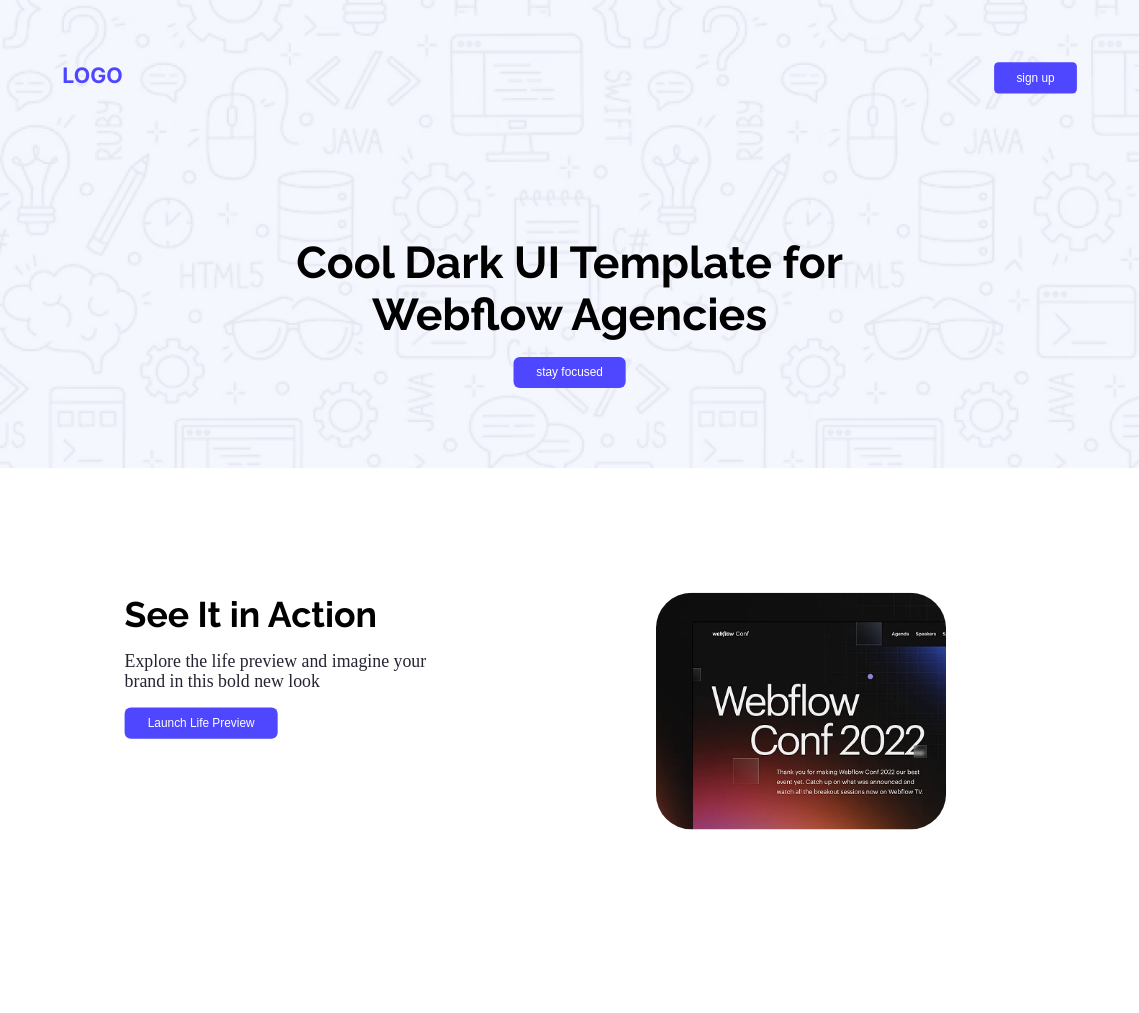
Repository: dollyrakhe22/landing-launchpad
Page: index.html
The author's editor kept a copy of each file at every save. The page is drawn from the files as they stood at one save, then again after the next save.
The browser window is 1280 px wide. The pictures show the whole page, at 89% of full size.

Above is the page before, as saved 2025-07-11 00:41:23.

### index.html
<!DOCTYPE html>
<html lang="en">
<head>
    <meta charset="UTF-8">
    <meta name="viewport" content="width=device-width, initial-scale=1.0">
    <title>Landing Launchpad</title>
    <link rel="preconnect" href="https://fonts.googleapis.com">
    <link rel="preconnect" href="https://fonts.googleapis.com">
<link rel="preconnect" href="https://fonts.gstatic.com" crossorigin>
<link href="https://fonts.googleapis.com/css2?family=Inter:ital,opsz,wght@0,14..32,100..900;1,14..32,100..900&family=Open+Sans:ital,wght@0,300..800;1,300..800&family=Raleway:ital,wght@0,100..900;1,100..900&display=swap" rel="stylesheet">
    <link rel="stylesheet" href="style.css">
   </head>
   <body>
    <header>

        <nav>
         <h2 class="inter-normal">LOGO</h2>
            <a href="#"><button>sign up</button></a>
        </nav>
        <div class="banner-section">
             <h1 class="raleway-normal" >Cool Dark UI Template for <br>Webflow Agencies</h1><br>
            <a href=""><button class="button-container">stay focused</button></a>
        </div>
    </header>
    <main>
           <!--action-container--->
           <div class="section-1">
            <div >
                <h3 class="raleway-normal">See It in Action</h3><br>
                <p >Explore the life preview and imagine your<br>brand in this bold new look</p><br>
                 <a href=""><button class="button-container">Launch Life Preview</button></a>
                 </div>
                <div>
                     <img src="Assets/wc-mini.png" weight="90%"height="80%"
                     alt="" srcset="">
                </div>
            </div>

    </main>
    <footer>

    </footer>
</body>
</html>

### style.css
*{
    padding: 0;
    margin: 0;
}


.inter-normal {
  font-family: "Inter", sans-serif;
  font-optical-sizing: auto;
  font-style: normal;
}
header{
    background-image: url("Assets/Hero-bg.png");


}
/*nav style*/
h2{
    color:#4E47FF;
   font-weight:bolder;


}
nav{
    display: flex;
    justify-content: space-between;
    padding: 70px;
}
nav button{
    text-decoration: none;
    padding: 10px 25px;
    background-color:#4E47FF ;
    color:white;
    border-radius: 5px;
    border: none;


}

.raleway-normal{
  font-family: "Raleway", sans-serif;
  font-optical-sizing: auto;
  font-style: normal;
}
.banner-section{
    text-align: center;
    padding: 90px;
}
.banner-section h1{
    font-weight: bolder;
    font-size: 50px;
}
.button-container{
     padding: 10px 26px;
    background-color:#4E47FF ;
    color:white;
    border-radius: 7px;
    border: none;

}
/*action-container*/
.section-1{
    display: flex;
    justify-content: space-between;
    padding: 70px;
    margin: 70px;
}
.section-1 h3{
    font-size: 40px;
}
.section-1  p{
    color:#252432;
    font-size:20px;
}
.section-1 img{
    border-radius: 40px;


}

After the next save:
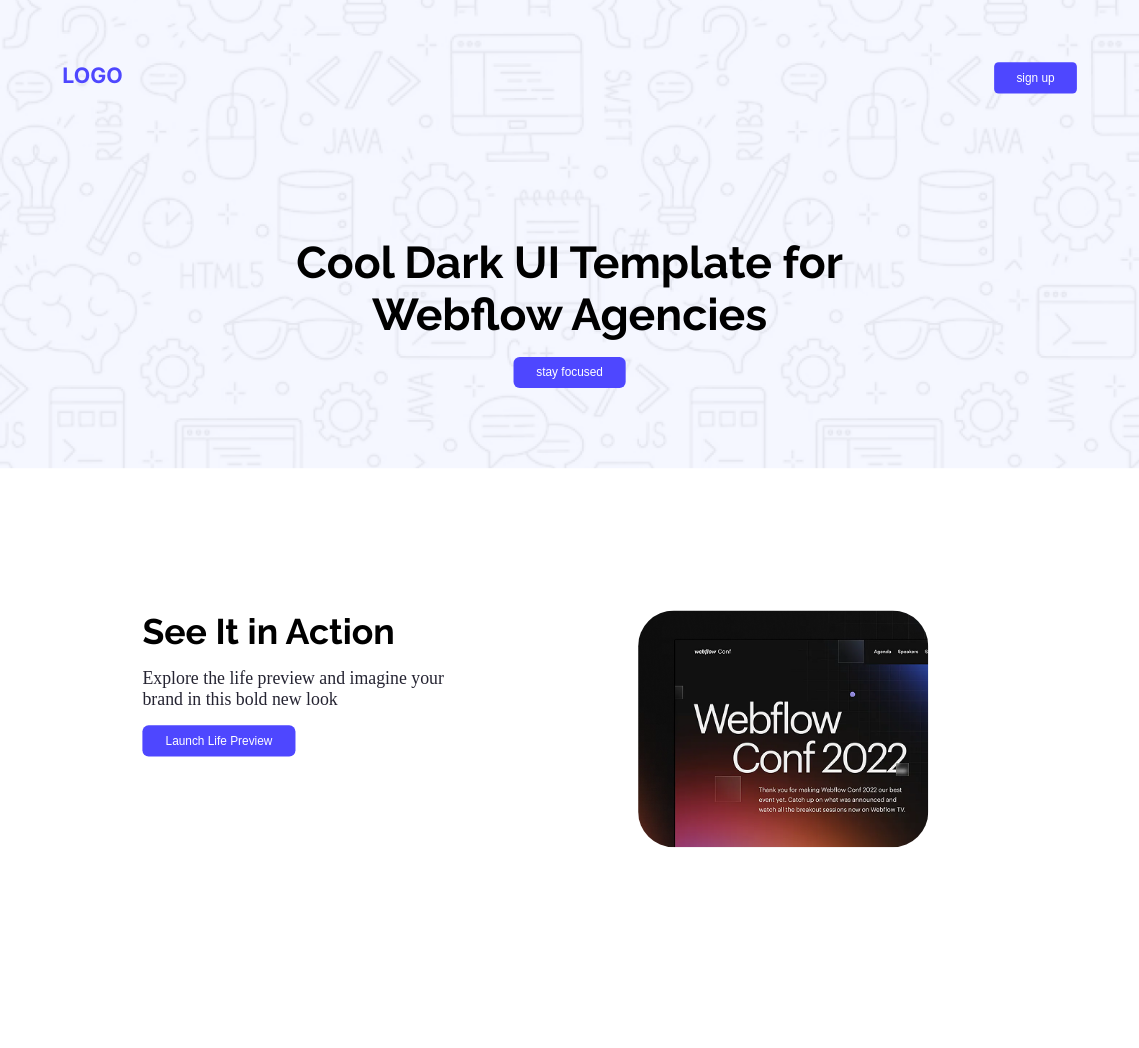
Saved 46 s later.
--- a/style.css
+++ b/style.css
@@ -63,7 +63,7 @@
     display: flex;
     justify-content: space-between;
     padding: 70px;
-    margin: 70px;
+    margin: 90px;
 }
 .section-1 h3{
     font-size: 40px;

After the save that followed:
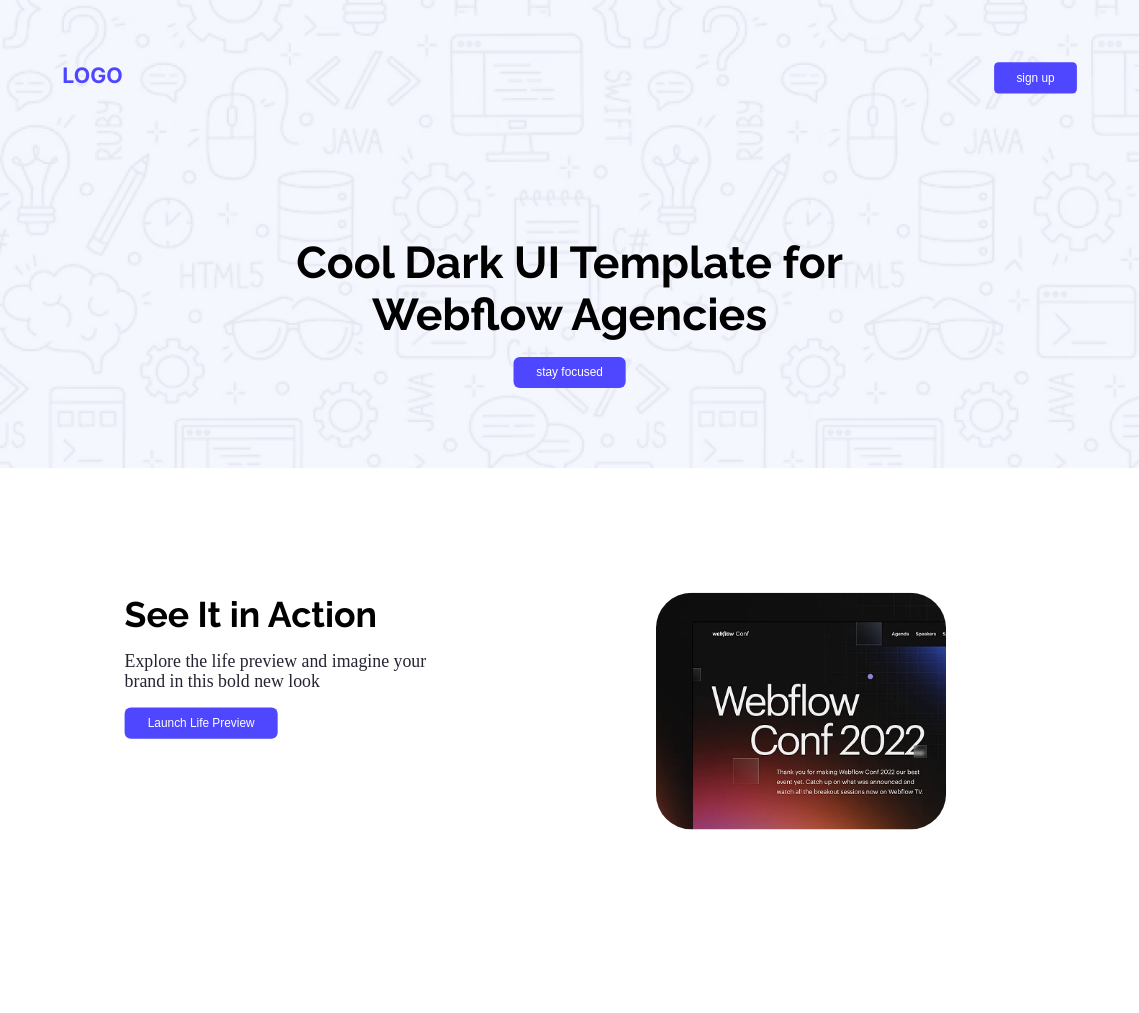
Saved 8 min 0 s later.
--- a/style.css
+++ b/style.css
@@ -62,7 +62,7 @@
 .section-1{
     display: flex;
     justify-content: space-between;
-    padding: 70px;
+    padding: 50px;
     margin: 90px;
 }
 .section-1 h3{
